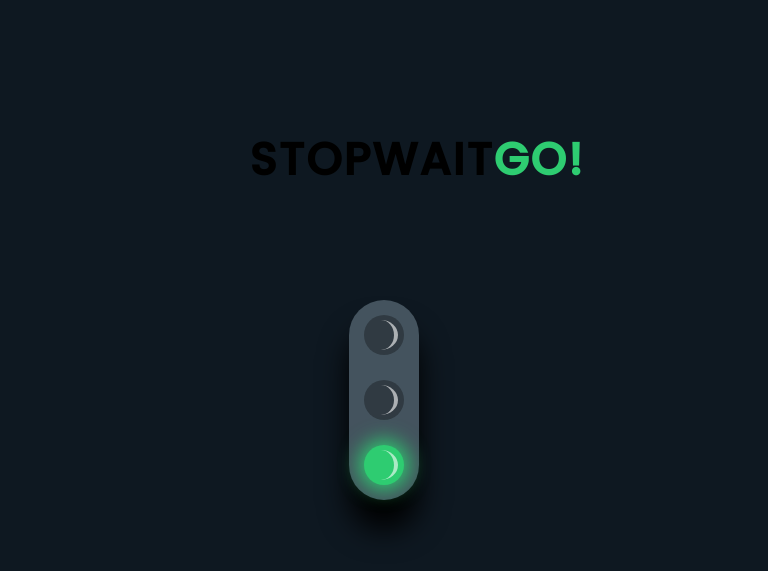
Repository: MarkLester10/TrafficLights
Page: index.html
An editor plug-in stored every save of this project. The page is shown before and after the next save, followed by the edit.
The browser window is 768 px wide. The pictures show the whole page.

Above is the page before, as saved 2020-06-24 16:38:27.

### index.html
<!DOCTYPE html>
<html lang="en">
  <head>
    <meta charset="UTF-8" />
    <meta name="viewport" content="width=device-width, initial-scale=1.0" />
    <title>Traffic Lights</title>
    <link rel="stylesheet" href="./index.css" />
  </head>
  <body>
    <div class="text-container">
      <h2 class="text Red" color="Red">Stop</h2>
      <h2 class="text" color="Yellow">Wait</h2>
      <h2 class="text" color="Green">Go!</h2>
    </div>
    <div class="container">
      <div class="circle red" color="red"></div>
      <div class="circle" color="yellow"></div>
      <div class="circle" color="green"></div>
    </div>

    <script src="index.js"></script>
  </body>
</html>

### index.css
@import url("https://fonts.googleapis.com/css2?family=Poppins:wght@500&display=swap");
* {
  box-sizing: border-box;
  margin: 0;
  padding: 0;
}

body {
  background-color: #0e1821;
  min-width: 100vh;
  font-family: "Poppins", sans-serif;
}

.container {
  position: absolute;
  top: 50%;
  left: 50%;
  transform: translate(-50%, -50%);
  width: 70px;
  height: 200px;
  background-color: #44535e;
  border-radius: 50px;
  box-shadow: 0 30px 30px #000000;
  display: flex;
  align-items: center;
  flex-direction: column;
  justify-content: space-between;
  padding: 15px;
}

.circle {
  width: 40px;
  height: 40px;
  background-color: rgba(0, 0, 0, 0.3);
  position: relative;
  border-radius: 50%;
}

.circle:after {
  content: "";
  width: 30px;
  height: 30px;
  position: absolute;
  border-right: 4px solid rgba(255, 255, 255, 0.6);
  border-radius: 50%;
  top: 5px;
}

.circle.red {
  background-color: #c0392b;
  box-shadow: 0 0 20px 5px #c0392b;
}

.circle.yellow {
  background-color: #f1c40f;
  box-shadow: 0 0 20px 5px #f1c40f;
}

.circle.green {
  background-color: #2ecc71;
  box-shadow: 0 0 20px 5px #2ecc71;
}

.text-container {
  position: absolute;
  top: 20%;
  left: 50%;
  transform: translate(-50%, -50%);
  display: flex;
  width: 35%;
  align-items: center;
  justify-content: space-between;
}

.text {
  letter-spacing: 2px;
  font-size: 45px;
  text-transform: uppercase;
}

.text.Red {
  color: #c0392b;
  text-shadow: 0 0 20px 5px #c0392b;
}

.text.Yellow {
  color: #f1c40f;
  text-shadow: 0 0 20px 5px #f1c40f;
}

.text.Green {
  color: #2ecc71;
  text-shadow: 0 0 20px 5px #2ecc71;
}

### index.js
const circles = document.querySelectorAll(".circle");
const texts = document.querySelectorAll(".text");
let activeLight = 0;

setInterval(changeLight, 1000);

function changeLight() {
  circles[activeLight].className = "circle";
  texts[activeLight].className = "text";
  activeLight++;

  if (activeLight > 2) {
    activeLight = 0;
  }

  const currentLight = circles[activeLight];
  const currentText = texts[activeLight];

  currentLight.classList.add(currentLight.getAttribute("color"));
  currentText.classList.add(currentText.getAttribute("color"));
}

After the next save:
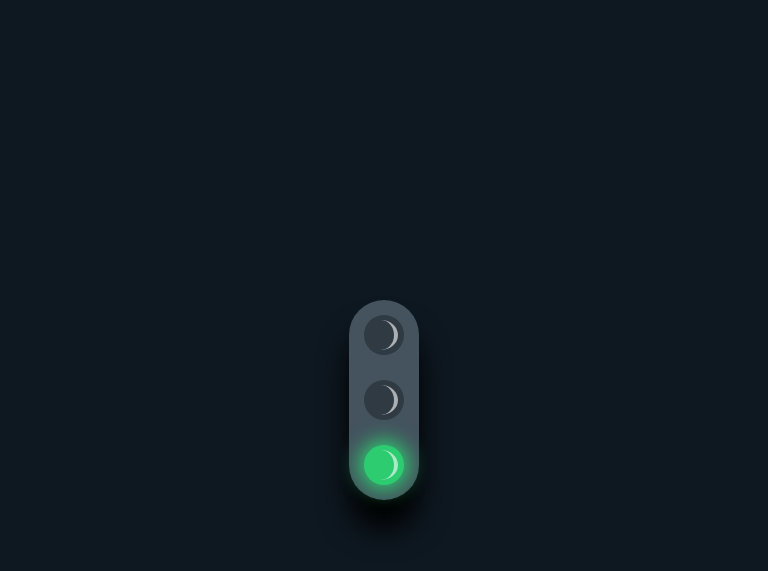
Saved 24 min 59 s later.
--- a/index.css
+++ b/index.css
@@ -92,3 +92,9 @@
   color: #2ecc71;
   text-shadow: 0 0 20px 5px #2ecc71;
 }
+
+@media screen and (max-width: 900px) {
+  .text-container {
+    display: none;
+  }
+}
